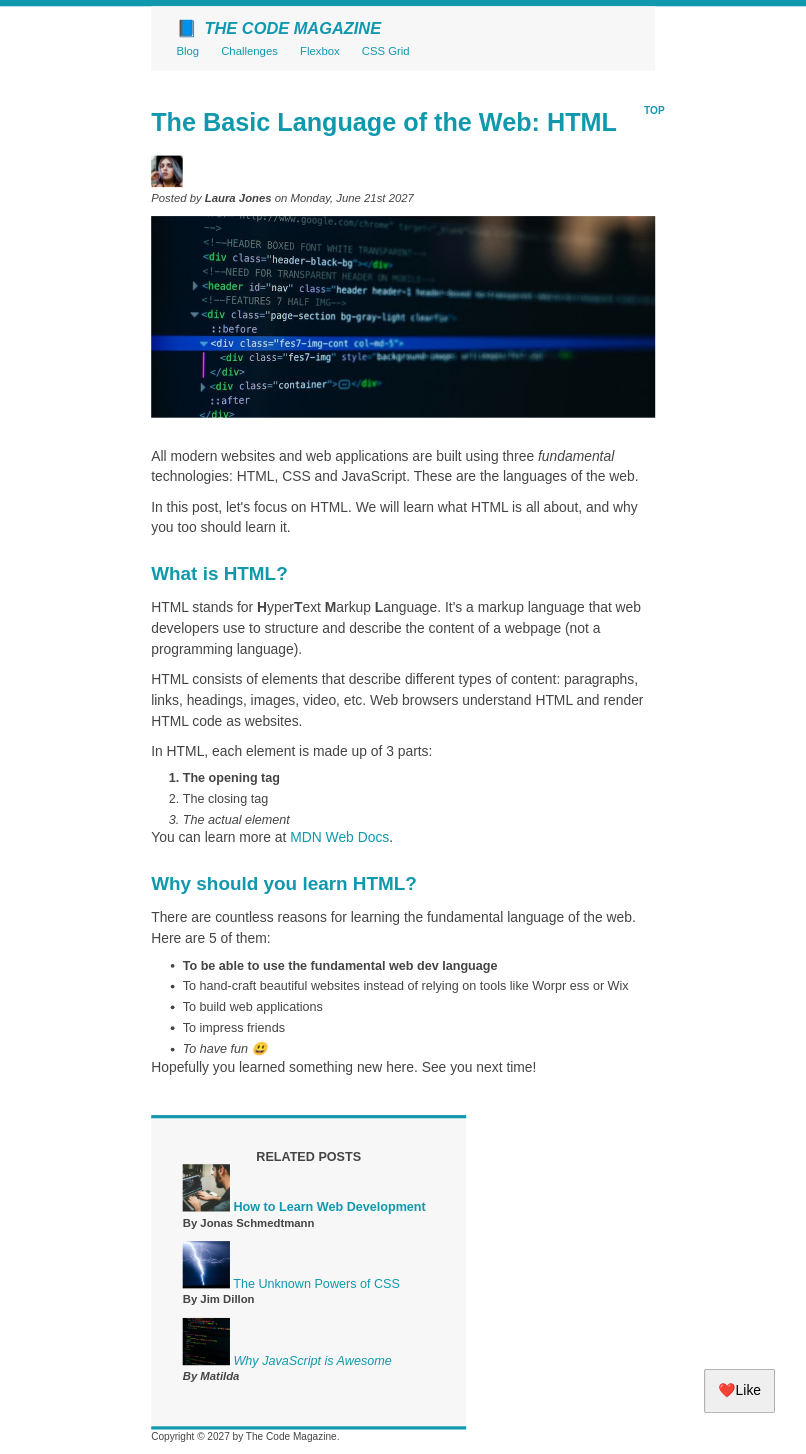
Repository: sunny070/CSS
Page: #1/index.html
These files come from the project's save history. The page is drawn as it stood at one moment and after a run of saves; the edit follows.
The browser window is 1280 px wide. The pictures show the whole page, at 63% of full size.

Above is the page before, as saved 2023-11-06 13:10:54.

### #1/index.html
<!DOCTYPE html>
<html lang="en">
  <head>
    <meta charset="UTF-8" />
    <title>The Basic Language of the Web: HTML</title>
    <link rel="stylesheet" href="style.css">
  </head>

  <body>
    <!--
    <h1>The Basic Language of the Web: HTML</h1>
    <h2>The Basic Language of the Web: HTML</h2>
    <h3>The Basic Language of the Web: HTML</h3>
    <h4>The Basic Language of the Web: HTML</h4>
    <h5>The Basic Language of the Web: HTML</h5>
    <h6>The Basic Language of the Web: HTML</h6>
    -->
<div class="container">
    <header class="main-header">
      <h1>📘 The Code Magazine</h1>

      <nav>
        <a href="blog.html">Blog</a>
        <a href="#">Challenges</a>
        <a href="#">Flexbox</a>
        <a href="#">CSS Grid</a>
      </nav>
    </header>

    <article>
      <!-- <p>Test</p> -->
      <header class="post-header">
        <h2>The Basic Language of the Web: HTML</h2>

        <img
          src="img/laura-jones.jpg"
          alt="Headshot of Laura Jones"
          height="50"
          width="50"

        />

        <p id="author">Posted by <strong>Laura Jones</strong> on Monday, June 21st 2027</p>

        <img
          src="img/post-img.jpg"
          alt="HTML code on a screen"
          width="500"
          height="200"
          class="post-img"
        />
  <button class="">❤️Like</button>

      </header>

      <p>
        All modern websites and web applications are built using three
        <em>fundamental</em>
        technologies: HTML, CSS and JavaScript. These are the languages of the
        web.
      </p>

      <p>
        In this post, let's focus on HTML. We will learn what HTML is all about,
        and why you too should learn it.
      </p>

      <h3>What is HTML?</h3>
      <p>
        HTML stands for <strong>H</strong>yper<strong>T</strong>ext
        <strong>M</strong>arkup <strong>L</strong>anguage. It's a markup
        language that web developers use to structure and describe the content
        of a webpage (not a programming language).
      </p>
      <p>
        HTML consists of elements that describe different types of content:
        paragraphs, links, headings, images, video, etc. Web browsers understand
        HTML and render HTML code as websites.
      </p>
      <p>In HTML, each element is made up of 3 parts:</p>

      <ol>
        <li class="first-li">The opening tag</li>
        <li>The closing tag</li>
        <li>The actual element</li>
      </ol>

      <p>
        You can learn more at
        <a
          href="https://developer.mozilla.org/en-US/docs/Web/HTML"
          target="_blank"
          >MDN Web Docs</a
        >.
      </p>

      <h3>Why should you learn HTML?</h3>

      <p>
        There are countless reasons for learning the fundamental language of the
        web. Here are 5 of them:
      </p>

      <ul>
        <li class="first-li">To be able to use the fundamental web dev language</li>
        <li>
          To hand-craft beautiful websites instead of relying on tools like
          Worpr ess or Wix
        </li>
        <li>To build web applications</li>
        <li>To impress friends</li>
        <li>To have fun 😃</li>
      </ul>

      <p>Hopefully you learned something new here. See you next time!</p>
    </article>

    <aside>
      <h4>Related posts</h4>

      <ul class="related">
        <li>
          <img
            src="img/related-1.jpg"
            alt="Person programming"
            width="75"
            width="75"
          />
          <a href="#">How to Learn Web Development</a>
          <p class="related-author">By Jonas Schmedtmann</p>
        </li>
        <li>
          <img src="img/related-2.jpg" alt="Lightning" width="75" heigth="75" />
          <a href="#">The Unknown Powers of CSS</a>
          <p class="related-author">By Jim Dillon</p>
        </li>
        <li>
          <img
            src="img/related-3.jpg"
            alt="JavaScript code on a screen"
            width="75"
            height="75"
          />
          <a href="#">Why JavaScript is Awesome</a>
          <p class="related-author">By Matilda</p>
        </li>
      </ul>
    </aside>

    <footer> <p id="copyright" class="copyright text">Copyright &copy; 2027 by The Code Magazine.</p> </footer>
  </div>
  </body>
</html>

### #1/style.css
*{
    margin:0;
    padding:0;
    box-sizing: border-box;

}

/* PAGE SECTION */
body{
    /* color:red; */
    color:#444;
    font-family: sans-serif;
    border-top:10px solid #1098ad;
    position: relative;

}
.container{
    width: 800px;
    /* margin-left: auto;
    margin-right: auto; */
    margin:0 auto;
    /* position: relative; */

}
.main-header{
    background-color:#f7f7f7 ;
    /* padding: 20px;
    padding-left: 40px;
    padding-right:40px; */
    padding:20px 40px;
    margin-bottom:60px;
    /* height:80px; */
}
nav {
    font-size: 18px;
    }

article{
    margin-bottom:60px;
}



.post-header{
    margin-bottom:40px;
    /* position: relative; */

}
aside{
    background-color:#f7f7f7;
    border-top: 5px solid #1098ad;
    border-bottom: 5px solid #1098ad;
    /* padding-top:50px;
    padding-bottom:50px; */
    padding: 50px 0;
    width:500px;

}
/* SMALLER ELEMENTS */
h1,h2,h3{
    color:#1098ad;
}

h1{

    font-size: 26px;

    text-transform: uppercase;
    font-style: italic;

}
h2{
    font-size: 40px;
    margin-bottom:30px;
    position:relative;

}
h2::after{
    content:"TOP";
    color
    background-color:#ffe78e;
    font-size:16px;
    font-weight:bold;
    display: inline-block;
    padding:5px 10px;
    position:absolute;
    top:-10px;
    right:-25px;

}
h3{
    font-size: 30px;
    margin-bottom:20px;
    margin-top:40px;

}
h4{
    font-size:20px;
    font-family:sans-serif;
    text-transform: uppercase;
    text-align: center;
}
p{
    font-size: 22px;
    /* display:inline ; */
    line-height: 1.5;
    margin-bottom:15px;
}

ul,ol{
    margin-left:50px;
}
li{
    /* display:inline ; */
    font-size: 20px;
    margin-bottom:10px ;
}
li:last-child{
    margin-bottom: 0;
}
/* footer p{
    font-size:16px ;
} */

/* article header p{
    font-style: italic;
} */

#author{
    font-style: italic;
    font-size: 18px;
}
#copyright{
    font-size :16px;
}

.related-author{
    font-size:18px;
    font-weight:bold;
}
/* ul{
  list-style: none;
} */

.related{
    list-style: none;
}


/* .first-li{
    font-weight: bold;
} */
li:first-child{
    font-weight: bold;
}

li:last-child{
    font-style: italic;
}
li:nth-child(even){
    /* color:red; */
}

/* Misconception this won't work */
article p:first-child{
    color:red;
}

/* Style Links */
a:link{
    color:#1098ad;
    text-decoration: none;
}
a:visited{
    /* color:#777;
     */
     color: #1098ad;
}
a:hover{
    cursor: pointer;
    color:orange;
    font-weight: bold;
    text-decoration: underline orangered;
}
a:active{
    background-color:black;
    font-style: italic;
}
/* LVHA */

.post-img{
    width:100%;
    height: auto;
    /* margin: 100px; */
}
nav a:link{
    /* background-color: orangered;
    margin: 20px;
    padding: 20px;
    display: block; */
    margin-right:30px ;
    margin-top:10px;
    display: inline-block;
}
nav a:link:last-child{
    margin-right: 0;
}
button{
    font-size: 22px;
    padding: 20px;
    cursor:pointer;
    position: absolute;
    /* top: 50px;
    left: 50px; */
    bottom: 50px;
    right: 50px;
}
h1::first-letter{
    font-style:normal;
    margin-right:5px;
}
h3 + p::first-line{
    /* color:red;  */
}


/* resolving conflicts */
/* #copyright{
    color:red;
}
.copyright{
    color:blue;
}
.text{
    color:yellow;
}

footer p{
    color: #000;
} */

After the next 2 saves:
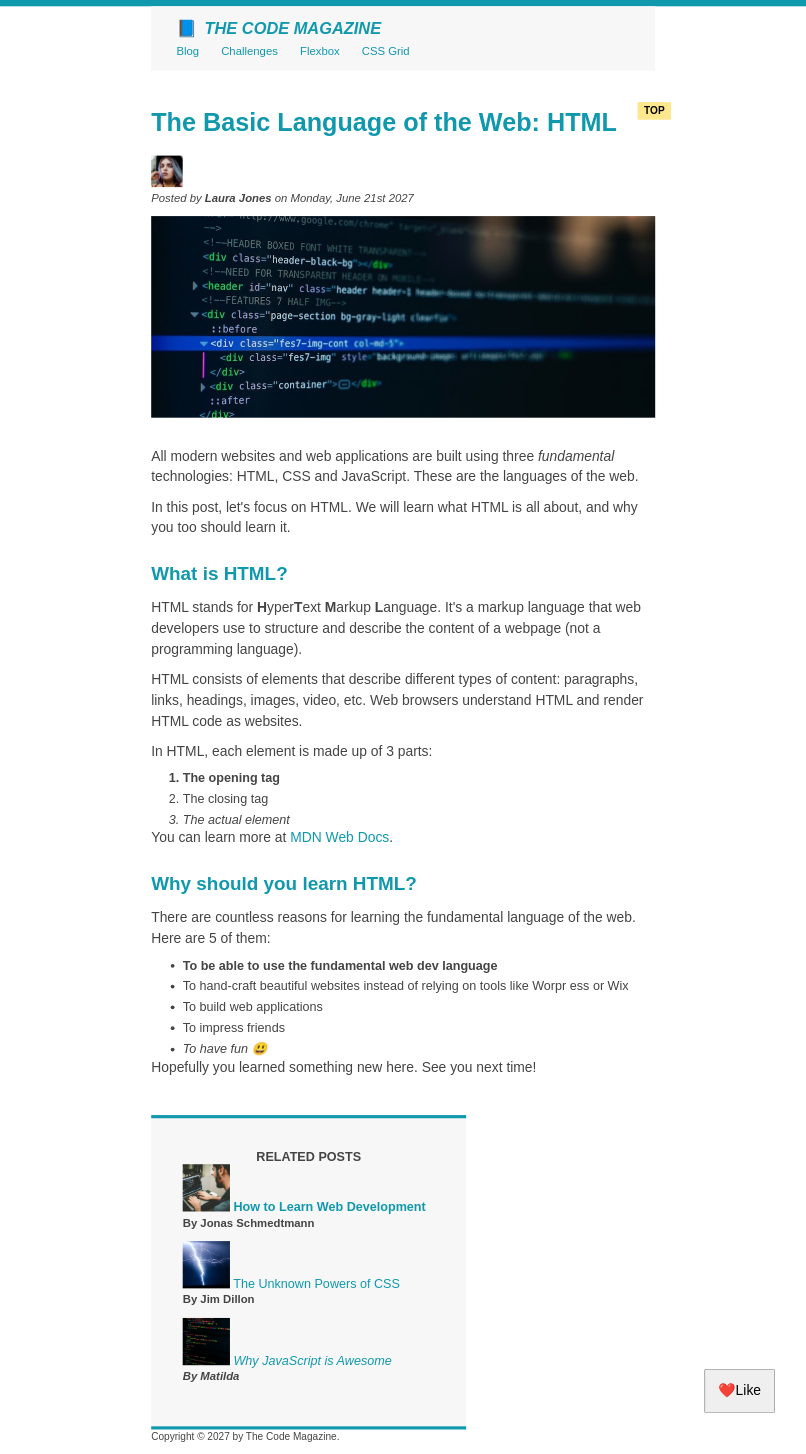
The 2 saves are shown as one change because they came seconds apart.
The last was saved 5 s later.
--- a/#1/style.css
+++ b/#1/style.css
@@ -77,7 +77,7 @@ h2{
 }
 h2::after{
     content:"TOP";
-    color
+    color:#000;
     background-color:#ffe78e;
     font-size:16px;
     font-weight:bold;
